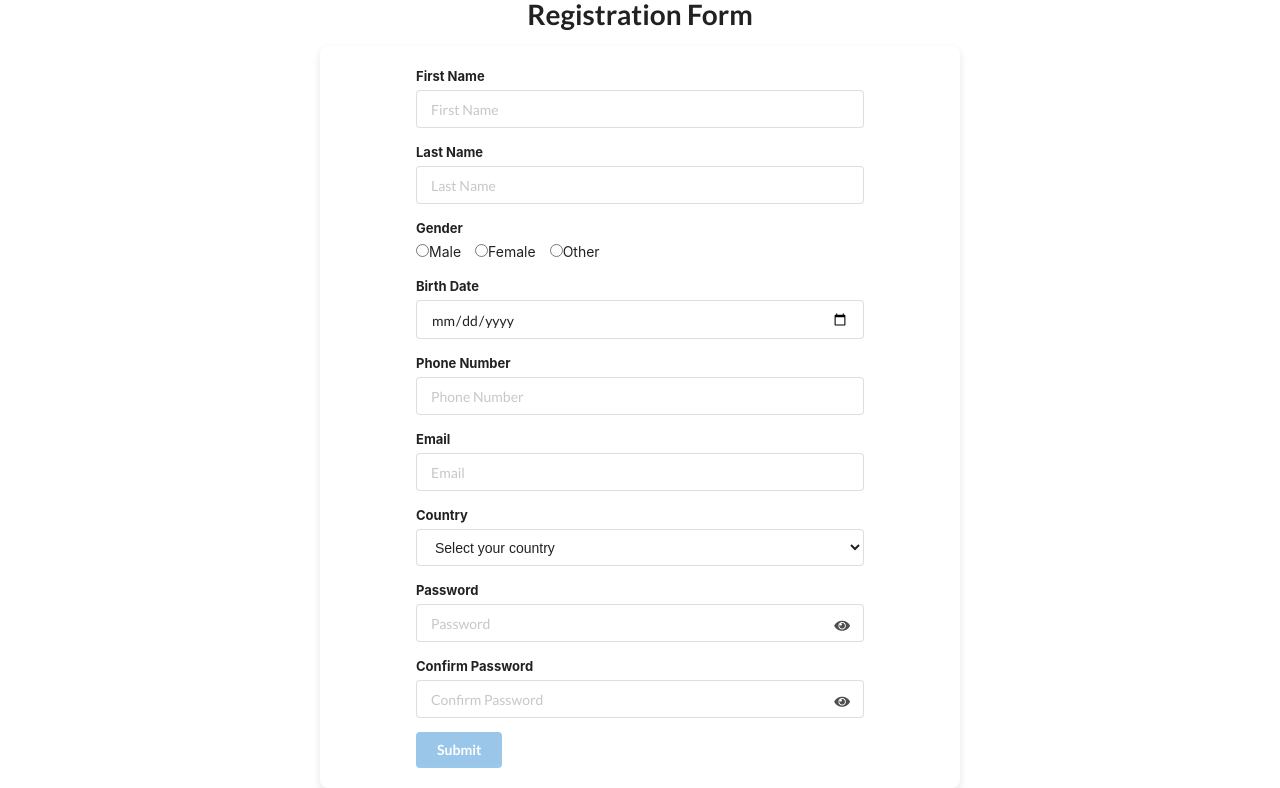
Repository: Wahid137/registration-form
Page: /
The author's editor kept a copy of each file at every save. The page is drawn from the files as they stood at one save, then again after the next save.
The browser window is 1280 px wide. The pictures show the whole page.
The project was rebuilt for these pictures with package versions that can differ from the ones it lists, and the page was loaded fresh each time. Also part of the build but not shown: src/App.css.

Above is the page before, as saved 2024-05-01 15:45:22.

After the next save:
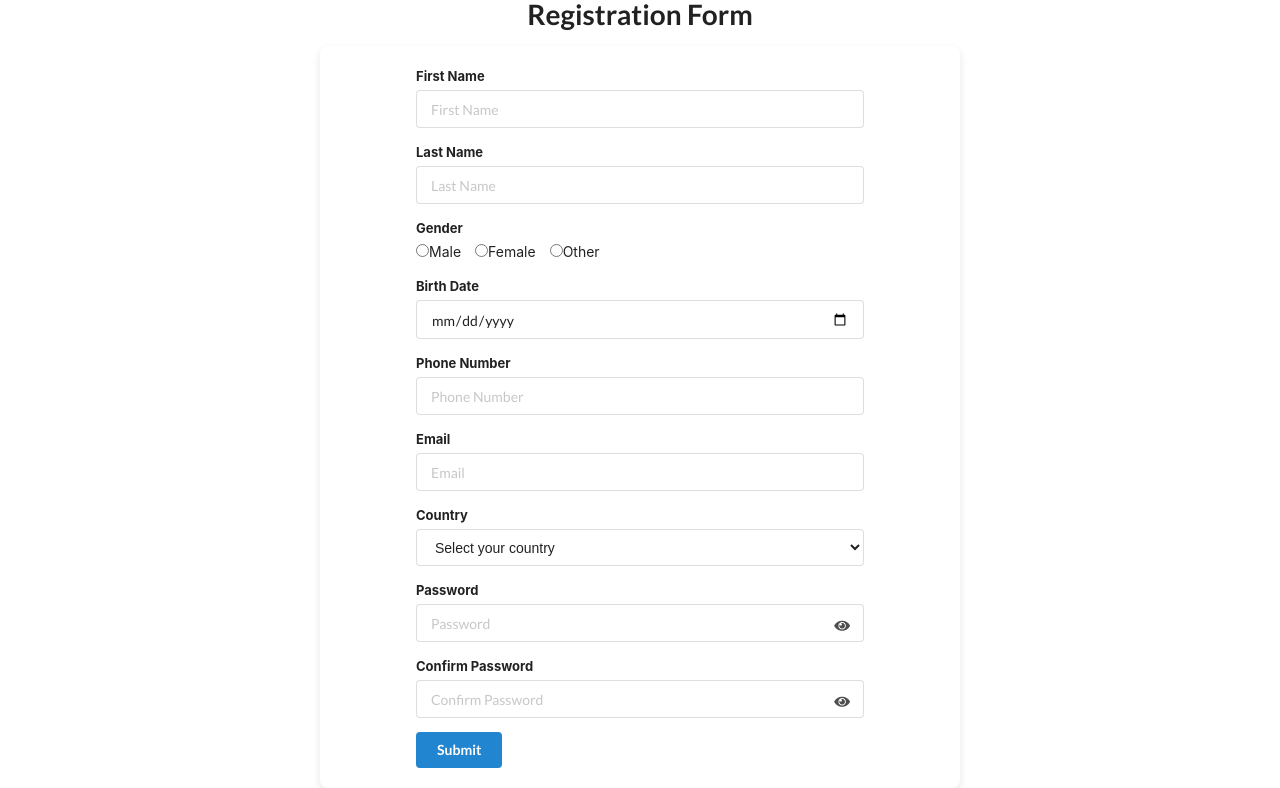
Saved 14 s later.
--- a/src/components/Register.js
+++ b/src/components/Register.js
@@ -276,7 +276,7 @@ const Register = () => {
                         )}
                     </FormField>
                 </div>
-                <Button disabled={isValid} type="submit" color="blue">
+                <Button type="submit" color="blue">
                     Submit
                 </Button>
             </Form>
